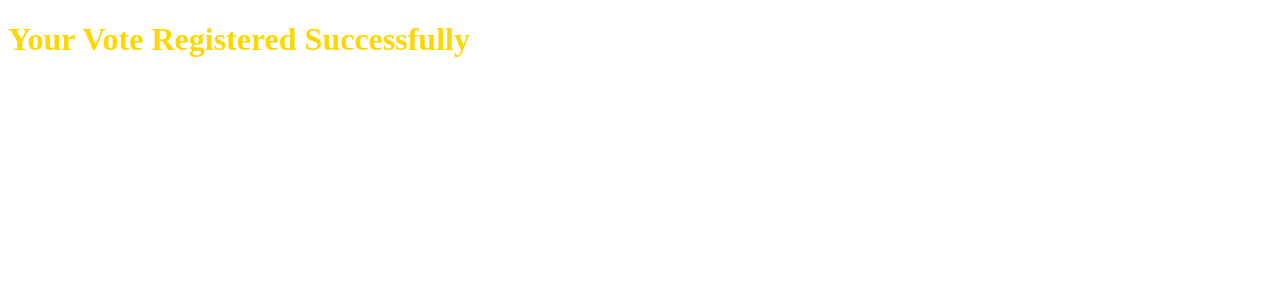
Repository: KameshV95/My-Projects
Page: http://localhost/VoterRegistration/voterRegistration
These files come from the project's save history. The page is drawn as it stood at one moment and after the next save; the edit follows.
The browser window is 1280 px wide. The pictures show the whole page.
The page is served by Tomcat 9.

Above is the page before, as saved 2019-03-19 10:11:18.

After the next save:
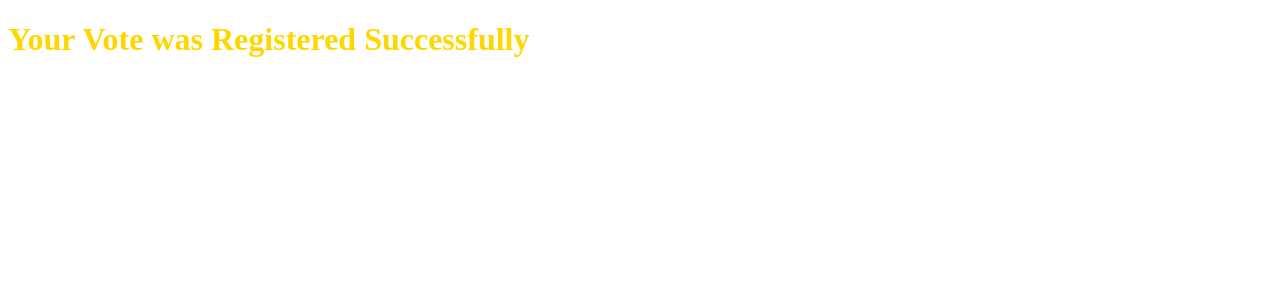
Saved 3 min 1 s later.
--- a/VoterRegistration/src/main/webapp/WEB-INF/views/RegistrationSuccess.jsp
+++ b/VoterRegistration/src/main/webapp/WEB-INF/views/RegistrationSuccess.jsp
@@ -7,7 +7,7 @@
 <title>Insert title here</title>
 </head>
 <body>
-<h1><font color="Gold">Your Vote Registered Successfully</font></h1>
+<h1><font color="Gold">Your Vote was Registered Successfully</font></h1>
 
 </body>
 </html>
